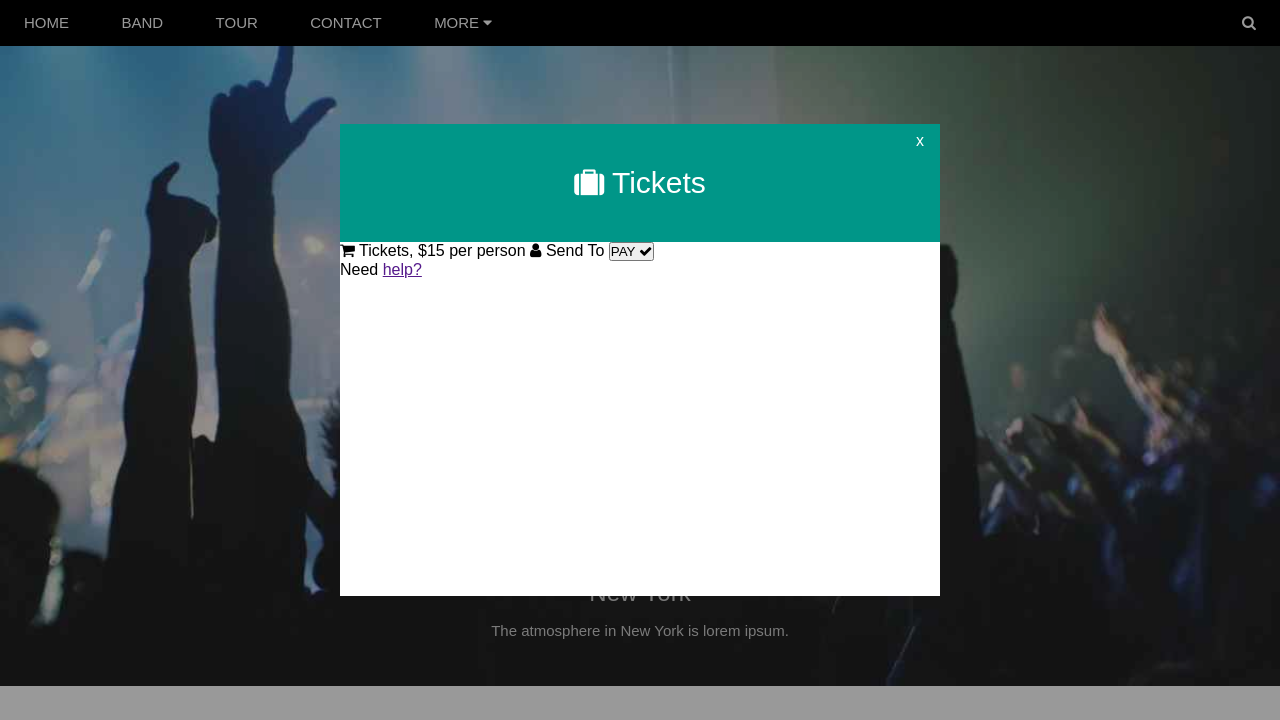
Repository: nguyenhoang2002062929/band
Page: index.html
An editor plug-in stored every save of this project. The page is shown before and after the next save, followed by the edit.
The browser window is 1280 px wide. The pictures show the window.
A layer covers the whole window, so only the first screen is drawn.

Above is the page before, as saved 2023-06-06 10:32:33.

### index.html
<!DOCTYPE html>
<html lang="en">
<head>
    <meta charset="UTF-8">
    <meta http-equiv="X-UA-Compatible" content="IE=edge">
    <meta name="viewport" content="width=device-width, initial-scale=1.0">
    <title>Bank music   </title>
    <link rel="stylesheet" href="assets/css/style.css">
    <link rel="stylesheet" href="https://cdnjs.cloudflare.com/ajax/libs/font-awesome/4.7.0/css/font-awesome.min.css">
</head>
<body>
    <div class="main">
        <div class="header">
            <ul class="nav">
                <li><a href="">HOME</a></li>
                <li><a href="">BAND</a></li>
                <li><a href="">TOUR</a></li>
                <li><a href="">CONTACT</a></li>
                <li>
                    <a href="" >MORE <i class="fa fa-caret-down"></i></a>
                    <ul class="subnav">
                        <li><a href="">Merchandise</a></li>
                        <li><a href="">Extras</a></li>
                        <li><a href="">Media</a></li>
                    </ul>
                </li>
            </ul>

            <div class="search">
                <a href=""><i class="fa fa-search"></i></a>
            </div>
        </div>

        <div class="slider">
            <div class="text-content">
                <h2 class="text-heading">New York</h2>
                <p class="text-description">The atmosphere in New York is lorem ipsum.</p>
            </div>
        </div>

        <div class="content">
            <div class="about">
                <div class="content-section">
                    <h2 class="section-heading">THE BAND</h2>
                    <p class="section-sub-heading">We love music</p>
                    <p class="section-text">We have created a fictional band website. Lorem ipsum dolor sit amet, consectetur adipiscing elit, sed do eiusmod tempor incididunt ut labore et dolore magna aliqua. Ut enim ad minim veniam, quis nostrud exercitation ullamco laboris nisi ut aliquip ex ea commodo consequat. Duis aute irure dolor in reprehenderit in voluptate velit esse cillum dolore eu fugiat nulla pariatur. Excepteur sint occaecat cupidatat non proident, sunt in culpa qui officia deserunt mollit anim id est laborum consectetur adipiscing elit, sed do eiusmod tempor incididunt ut labore et dolore magna aliqua. Ut enim ad minim veniam, quis nostrud exercitation ullamco laboris nisi ut aliquip ex ea commodo consequat.</p>
                </div>
                <div class="content-member">
                    <div class="member">
                        <div class="member-text">
                            <p>Name</p>
                        </div>
                        <div class="member-img">
                            <img src="./assets/img/member/bandmember.jpg" alt="">
                        </div>
                    </div>
                    <div class="member">
                        <div class="member-text">
                            <p>Name</p>
                        </div>
                        <div class="member-img">
                            <img src="./assets/img/member/bandmember.jpg" alt="">
                        </div>
                    </div>
                    <div class="member">
                        <div class="member-text">
                            <p>Name</p>
                        </div>
                        <div class="member-img">
                            <img src="./assets/img/member/bandmember.jpg" alt="">
                        </div>
                    </div>
                </div>
            </div>

            <!-- tour -->
            <div class="tour">
                <div class="tour-section">
                    <div class="content-section text-while ">
                        <h2 class="section-heading ">TOUR DATES</h2>
                        <p class="section-sub-heading">Remember to book your tickets!</p>
                    </div>
                    <br>

                    <ul class="tickets">
                        <li>September<span class="sold-out">Sold out</span></li>
                        <li>October<span class="sold-out">Sold out</span></li>
                        <li>November<span class="quantity">3</span></li>
                    </ul>

                    <div class="tour-places">
                        <div class="places">
                            <img src="assets/img/places/newyork.jpg" alt="">
                            <div class="places-content">
                                <p class="name">New York</p>
                                <p class="date">Fri 27 Nov 2016</p>
                                <p class="describe">Praesent tincidunt sed tellus ut rutrum sed vitae justo.</p>
                                <button>Buy Tickets</button>
                            </div>

                        </div>
                        <div class="places">
                            <img src="assets/img/places/paris.jpg" alt="">
                            <div class="places-content">
                                <p class="name">Paris</p>
                                <p class="date">Sat 28 Nov 2016</p>
                                <p class="describe">Praesent tincidunt sed tellus ut rutrum sed vitae justo.</p>
                                <button>Buy Tickets</button></div>

                        </div>
                        <div class="places">
                            <img src="assets/img/places/sanfran.jpg" alt="">
                            <div class="places-content">
                                <p class="name">San Francisco</p>
                                <p class="date">Sun 29 Nov 2016</p>
                                <p class="describe">Praesent tincidunt sed tellus ut rutrum sed vitae justo.</p>
                                <button>Buy Tickets</button>
                            </div>

                        </div>
                    </div>
                </div>

            </div>

        </div>

        <div class="footer">

        </div>
    </div>
    <div class="modal">
        <div class="modal-content">
            <div class="modal-header">
                <span class="modal-close">x</span>
                <h2 ><i class="fa fa-suitcase w3-margin-right"></i> Tickets</h2>
            </div>
            <div class="modal-boby">
                <label for="">
                    <i class="fa fa-shopping-cart"></i>
                    Tickets, $15 per person
                </label>
                <label for="">
                    <i class="fa fa-user"></i>
                    Send To
                </label>
                <button class="pay">PAY <i class="fa fa-check"></i></button>
            </div>
            <div class="modal-footer">
                <p>Need <a href="">help?</a></p>
            </div>
        </div>
    </div>
</body>
</html>

### assets/css/style.css
*{
    margin: 0;
    padding: 0;
    box-sizing: border-box;
}
html{
    font-family: Arial, Helvetica, sans-serif;
}
.text-while{
    color: #fff !important;
}
.header{
    z-index: 1;
    position: fixed;
    height: 46px;
    background-color: #000;
    top: 0;
    left: 0;
    right: 0;
}
.header .nav {
    display: inline-block;
   line-height: 46px;
}
.header .nav > li > a{
    text-decoration: none;
    padding: 0px 24px;
    color: #fff;
    font-size: 15px;
}
.header .nav > li{
    display: inline-block;
    position: relative;
}
.header .nav > li:hover > a{
    display: block;
    color: #000;
    background-color: #ccc;
}
.header .nav .subnav{
    position: absolute;
    display: none;
    background-color: #fff;
    box-shadow: 0 0 10px rgba(0, 0, 0, 0.3) ;
}
.subnav li{
      min-width: 160px;
      list-style-type: none;
}
.nav > li:hover > .subnav{
    display: block;
}
.subnav li:hover a{
    color: #000;
    background-color: #ccc;
}
.subnav a{
    display: block;
    text-decoration: none;
    color: #000;
    padding: 0px 24px;
}
.search{
float: right;
padding: 0 24px;
line-height: 46px;
cursor: pointer;
}
.search a{
    color: rgb(255, 255, 255);
    font-size: 15px;
}
.search:hover{
    color: rgb(255, 255, 255);
    background-color: #f44336!important;
}

.slider{
    position: relative;
    margin-top: 46px;
    padding-top: 50%;
    background: url('../img/slider/slider2.jpg') center top / cover no-repeat;
}
.slider .text-content{
    position: absolute;
    color: #ccc;
    bottom: 0;
    left: 50%;
    transform: translateX(-50%);
    text-align: center;
    padding: 32px 16px;
}
.text-content .text-heading{
    font-size: 24px;
    margin-top: 10px;
    font-weight: 200;
}
.text-content .text-description{
    font-size: 15px;
    margin: 15px 0;
}
.about{
    width: 768px;
   margin-right: auto;
    margin-left: auto;
    padding-bottom: 64px;
}
.content-section{
    text-align: center;
    padding-top: 64px;
    padding-bottom: 15px;
}
.content-section .section-heading{
    font-size: 30px;
    font-weight: 300;
    letter-spacing: 4px;
    margin: 10px;
}
.content-section .section-sub-heading{
    font-size: 15px;
    font-weight: initial;
    margin: 15px;
    opacity: 0.6;
}
.content-section .section-text{
    font-size: 15px;
    text-align: justify;
    line-height: 1.4;
}
.content-member{
    display: flex;
    text-align: center;
    align-items: center;
    padding: 32px 0;
}
.member-text{
    font-size: 15px;
    margin: 15px 0;
}
.member-img img{
    width: 153px;
    border-radius: 4px;
}
.content-member .member{

    width: 33.333%;
}
.tour{
     background-color: #000;
}
.tour-section{
    width: 768px;
    margin-right: auto;
    margin-left: auto;
    padding-bottom: 64px;
}
.tickets{
    background-color: #fff;
}
.tickets li{
    border-bottom: 1px solid #ddd;
    padding: 8px 16px;
    font-size: 15px;
    color: rgb(117, 117, 117);
    list-style-type: none;
}
.tickets .sold-out{
    color: #fff;
    background-color: #f44336;
    margin: 16px;
    padding: opx 8px;
}
.tickets .quantity{
    float:right;
    height: 22.5px;
    width: 22.5px;
    margin-right: 16px;
    border-radius: 50%;
    background-color: #000;
    color: #fff;
    text-align: center;
    line-height: 22.5px;
    margin-top: -2px;
}
.tour-places{
    display: flex;
    padding: 32px 0px;
    margin-left: -8px;
    margin-right: -8px;

}
.tour-places .places{
    width: 33.3333%;
    padding: 0 8px;
}
.places .name{
    font-size: 15px;
}
.places img{
    width: 100%;
    display: block;
}
.places img:hover{
    opacity: 0.6;
}
.places-content{
    background-color: #fff;
    padding-left: 16px;
    font-size: 15px;
}
.places-content .name{
    padding-top: 15px;
    font-weight: 700;
}
.places-content .date{
    padding-top: 15px;
    opacity: 0.7;
}
.places-content .describe{
    margin: 15px 0;
    line-height: 1.4;
}
.places-content button{
    padding: 8px 16px;
    font-size: 15px;
    color: #fff;
    background-color: #000;
    border: none;
    margin-bottom:16px ;
}
.places-content button:hover{
    color: #000;
    background-color: #ccc;
}
.modal{
    position: fixed;
    display: flex;
    background: rgba(0, 0, 0, 0.4);
    top: 0;
    left: 0;
    bottom: 0;
    right: 0;
    z-index: 2;
    align-items: center;
    justify-content: center;
}
.modal-content{
    position: absolute;
    width: 600px;
    height: 472px;
    background-color: #fff;
}
.modal-header{
    width: 100%;
    padding: 32px 16px;
    background-color: rgb(0, 150, 136);
    color: #fff;
    text-align: center;
}
.modal-header h2{
    font-size: 30px;
    margin: 10px 0px;
    font-weight: 400;
}
.modal-header .modal-close{
    position: absolute;
    color: #fff;
    right: 0;
    top: 0;
    padding: 8px 16px;
}
.modal-header .modal-close:hover{
    color: #000;
    background-color: #ccc;
}

After the next save:
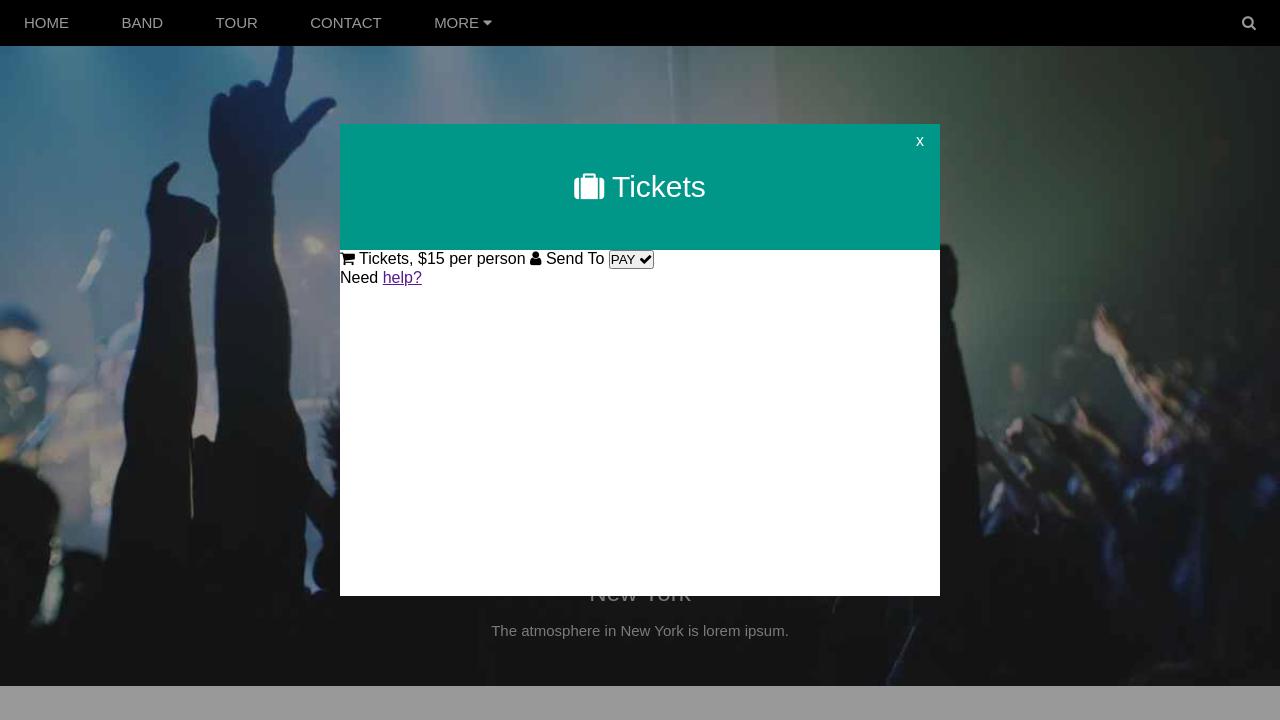
Saved 20 s later.
--- a/assets/css/style.css
+++ b/assets/css/style.css
@@ -261,6 +261,7 @@
     font-size: 30px;
     margin: 10px 0px;
     font-weight: 400;
+    line-height: 1.4;
 }
 .modal-header .modal-close{
     position: absolute;

After the save that followed:
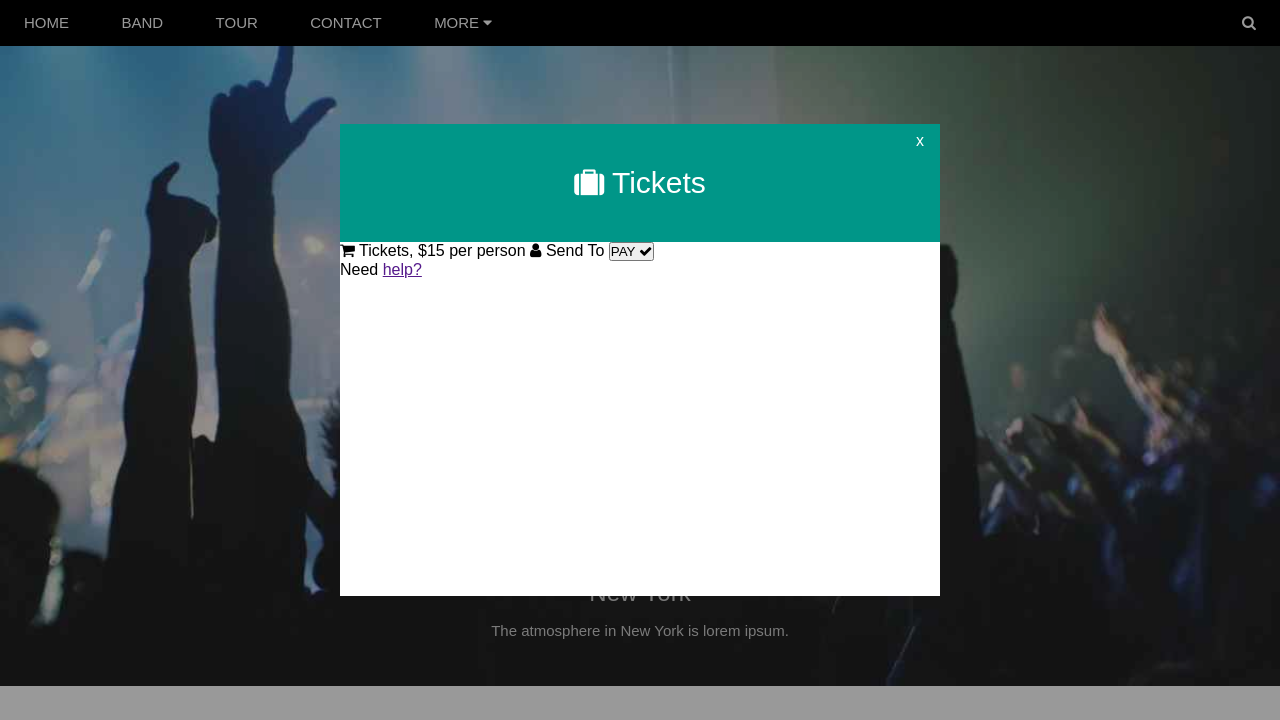
Saved 5 s later.
--- a/assets/css/style.css
+++ b/assets/css/style.css
@@ -261,7 +261,6 @@
     font-size: 30px;
     margin: 10px 0px;
     font-weight: 400;
-    line-height: 1.4;
 }
 .modal-header .modal-close{
     position: absolute;
